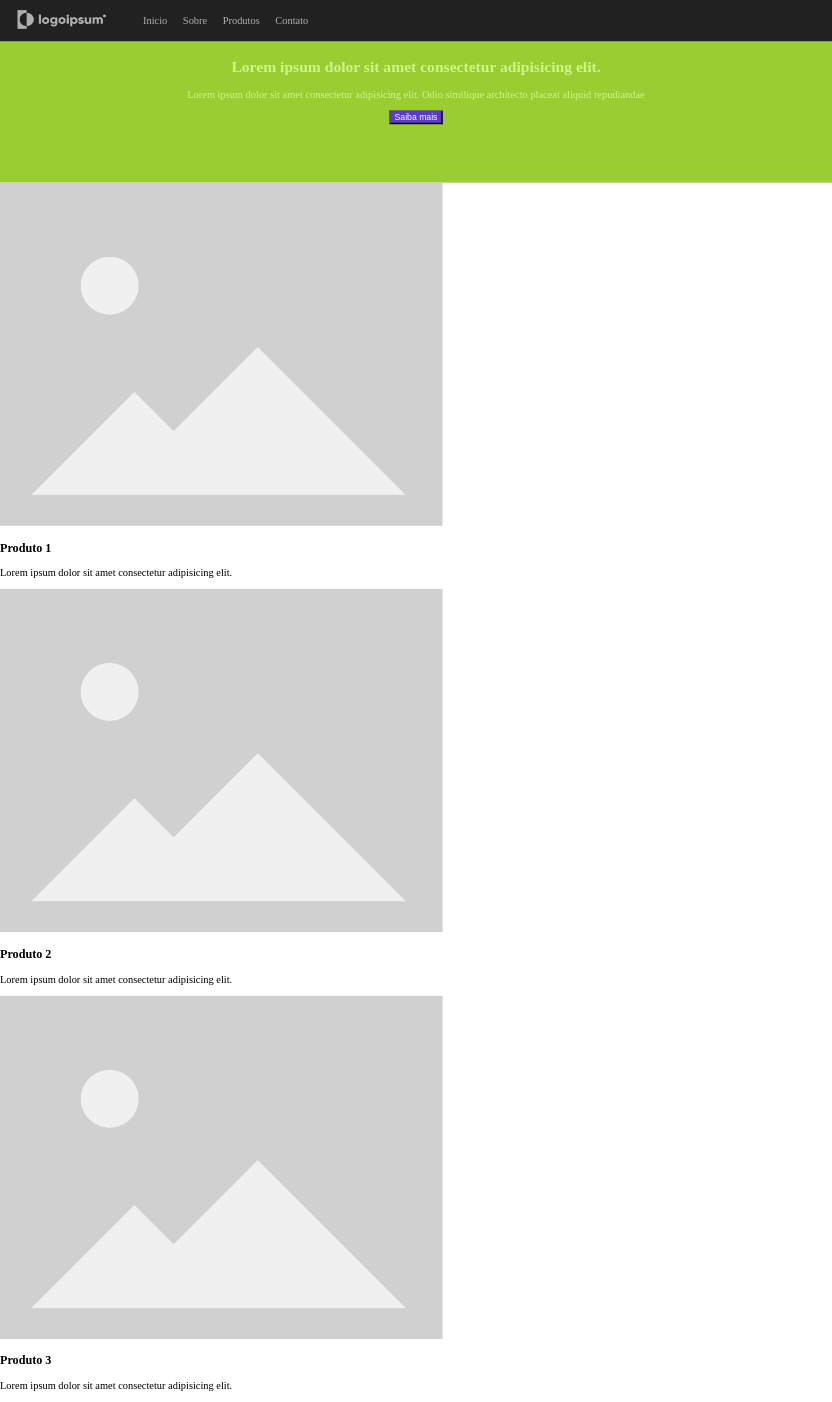
Repository: Carolden/SiteCrie_Ti
Page: index.html
These files come from the project's save history. The page is drawn as it stood at one moment and after the next save; the edit follows.
The browser window is 1280 px wide. The pictures show the whole page, at 65% of full size.

Above is the page before, as saved 2023-04-23 20:36:54.

After the next save:
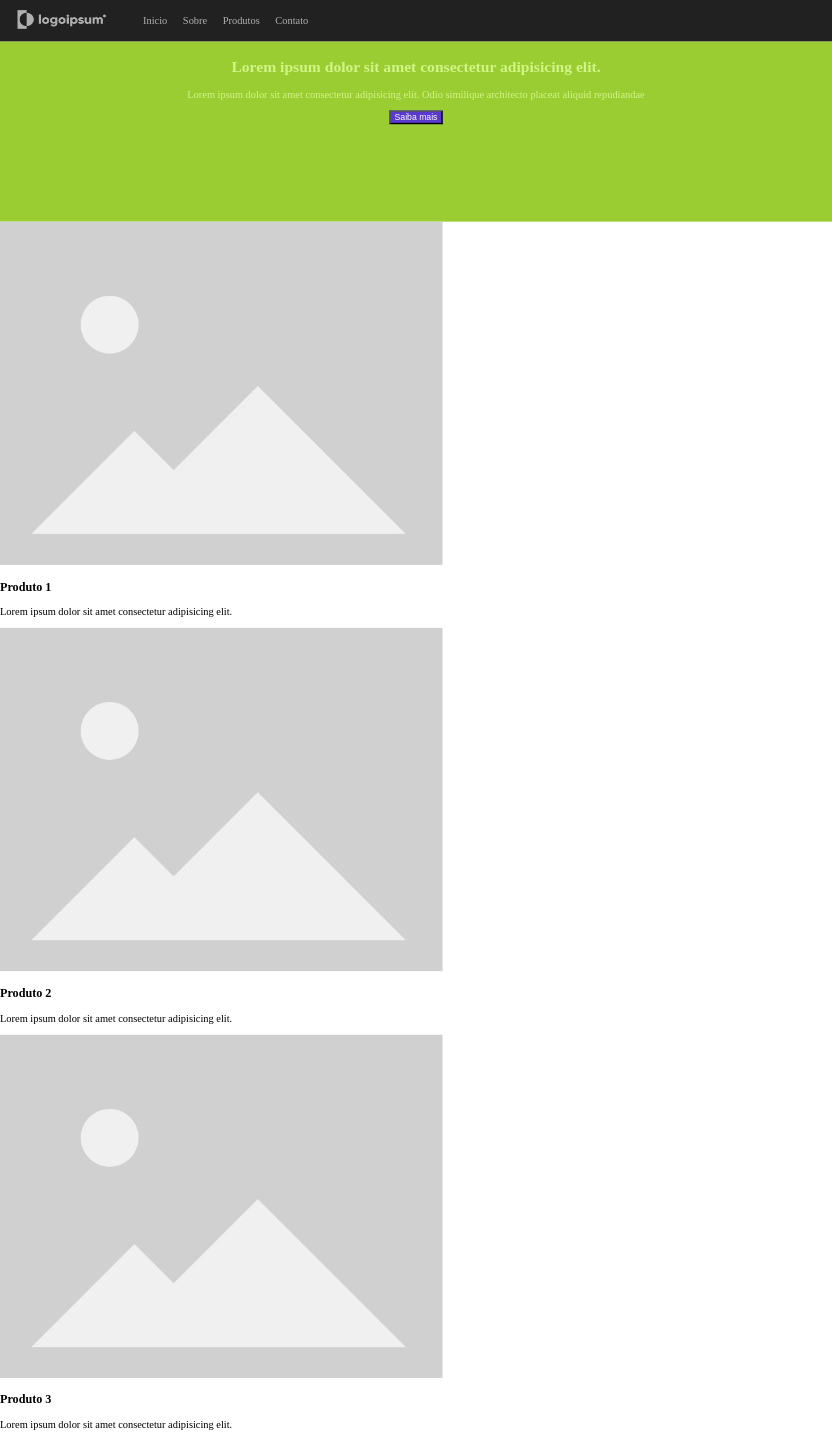
Saved 14 s later.
--- a/index.css
+++ b/index.css
@@ -34,7 +34,7 @@ header nav a {
     color: #d0f587;
     text-align: center;
     padding-top: 5px;
-    padding-bottom: 90px;
+    padding-bottom: 150px;
 
 }
 
